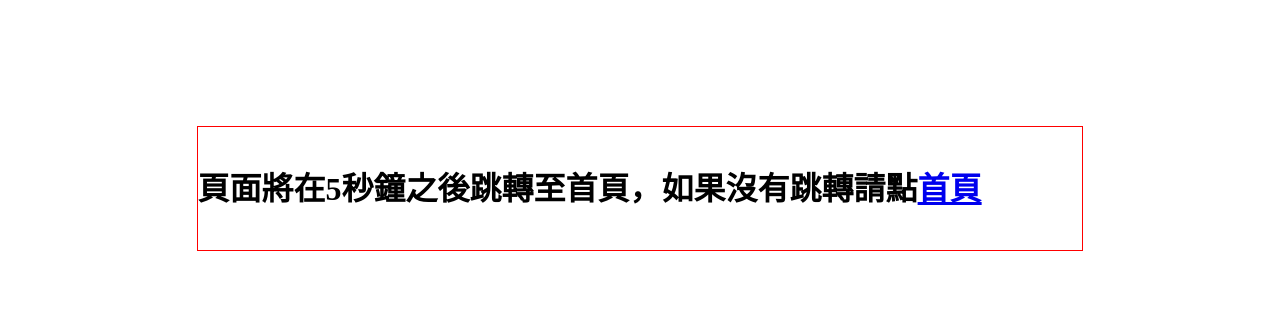
Repository: cctytw2000/JavaSecondProject
Page: http://localhost/EEIT109_35/member/jump.jsp
An editor plug-in stored every save of this project. The page is shown before and after the next save, followed by the edit.
The browser window is 1280 px wide. The pictures show the whole page.
The page is served by Tomcat 9. Other server files are loaded and not shown.

Above is the page before, as saved 2019-09-07 07:51:27.

### Member/EEIT109_35/src/main/webapp/member/jump.jsp
<%@ page language="java" contentType="text/html; charset=UTF-8"
	pageEncoding="UTF-8"%>
<!DOCTYPE html>
<html>
<head>
<meta charset="UTF-8">

<!--  <meta http-equiv="refresh" content="5;url=../home.jsp">-->
<title>Insert title here</title>
</head>
<body>

	<div style="border: 1px solid red;width:70%;height:30%;margin:10% auto;box-shadow: 15px 15px 15px orenge;">
		<h1 style="line-height: 2.5em">
			頁面將在5秒鐘之後跳轉至首頁，如果沒有跳轉請點<a href="../home.jsp">首頁</a>
		</h1>
	</div>
</body>
</html>

After the next save:
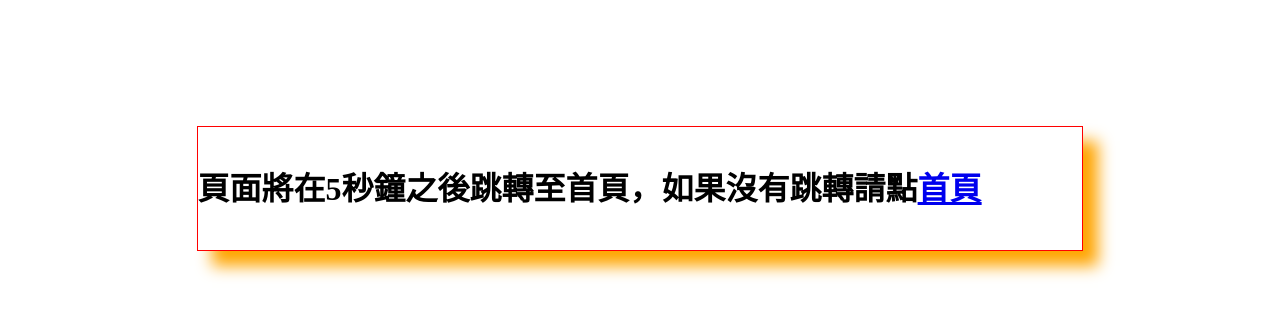
Saved 15 s later.
--- a/Member/EEIT109_35/src/main/webapp/member/jump.jsp
+++ b/Member/EEIT109_35/src/main/webapp/member/jump.jsp
@@ -10,7 +10,7 @@
 </head>
 <body>
 
-	<div style="border: 1px solid red;width:70%;height:30%;margin:10% auto;box-shadow: 15px 15px 15px orenge;">
+	<div style="border: 1px solid red;width:70%;height:30%;margin:10% auto;box-shadow: 15px 15px 15px orange;">
 		<h1 style="line-height: 2.5em">
 			頁面將在5秒鐘之後跳轉至首頁，如果沒有跳轉請點<a href="../home.jsp">首頁</a>
 		</h1>
